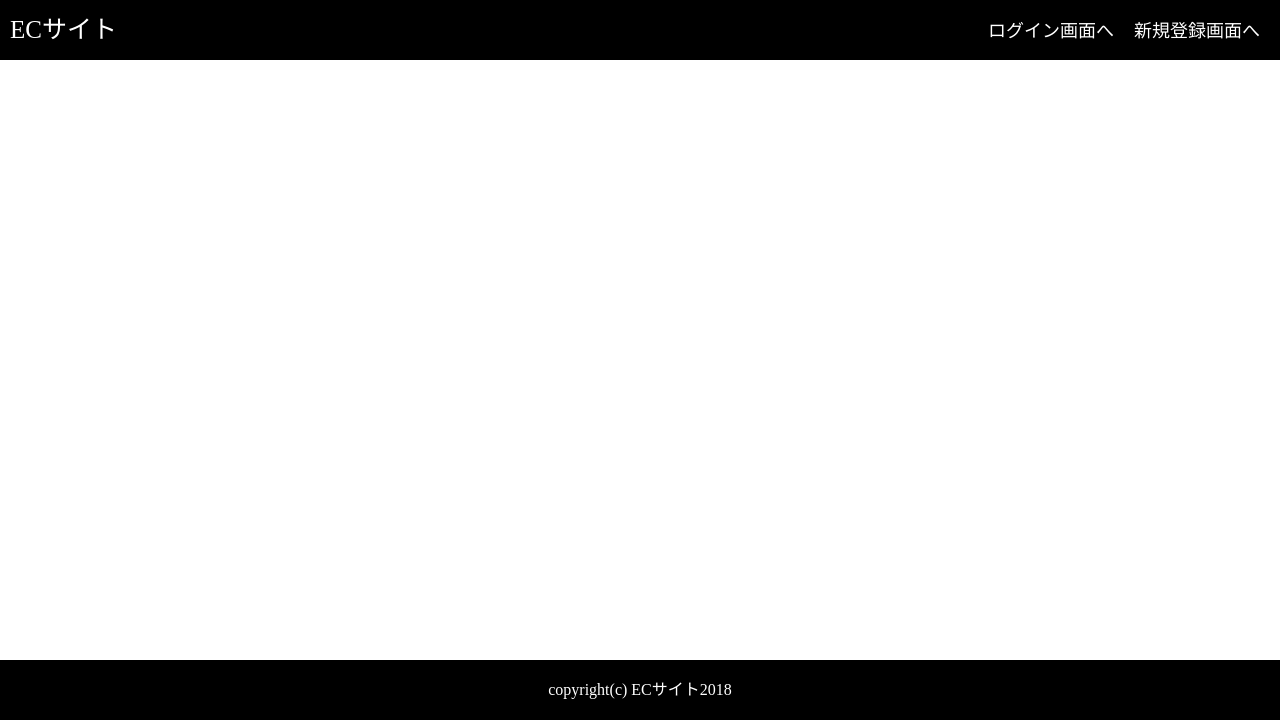
Repository: nyanya02/ECsite
Page: http://localhost/ECsite/GoHomeAction.action
The author's editor kept a copy of each file at every save. The page is drawn from the files as they stood at one save, then again after the next save.
The browser window is 1280 px wide. The pictures show the whole page.
The page is served by Tomcat 9.

Above is the page before, as saved 2018-04-25 16:40:32.

After the next save:
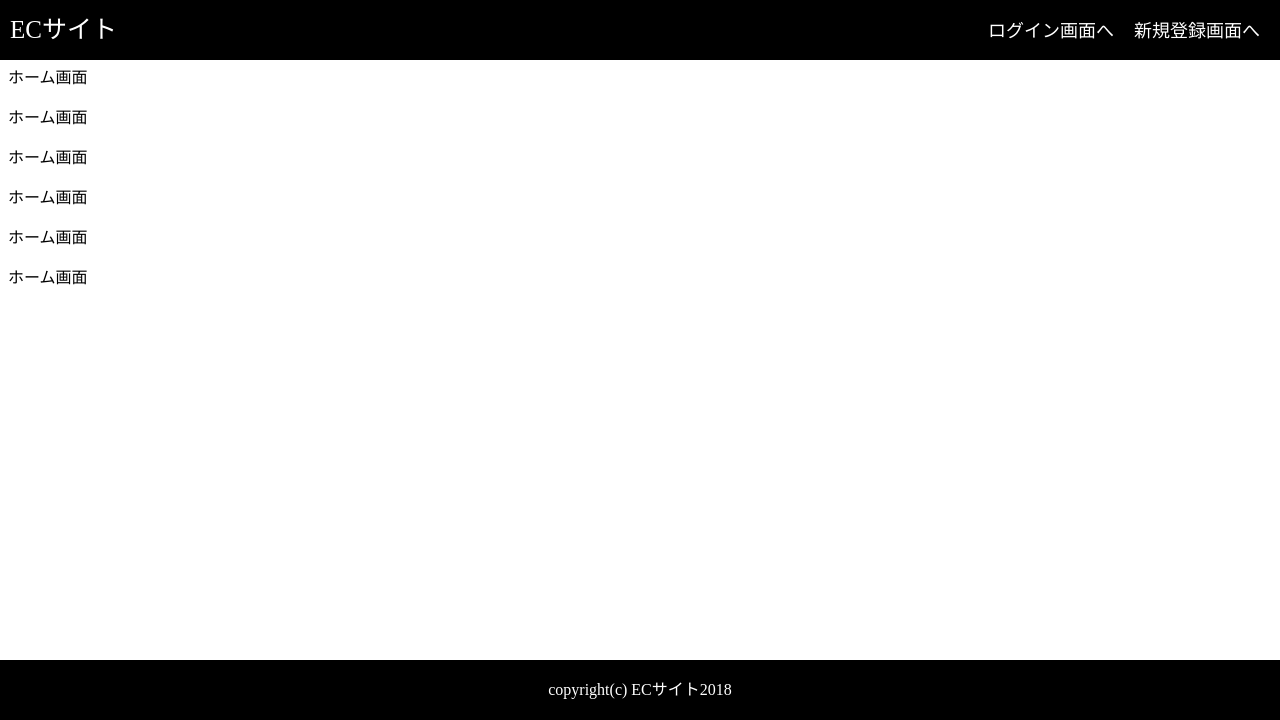
Saved 30 s later.
--- a/ECsite/WebContent/home.jsp
+++ b/ECsite/WebContent/home.jsp
@@ -96,6 +96,12 @@
 
         <div id="main">
         	<p>ホーム画面</p>
+        	<p>ホーム画面</p>
+        	<p>ホーム画面</p>
+        	<p>ホーム画面</p>
+        	<p>ホーム画面</p>
+        	<p>ホーム画面</p>
+        	<p>ホーム画面</p>
         </div>
 
 

After the save that followed:
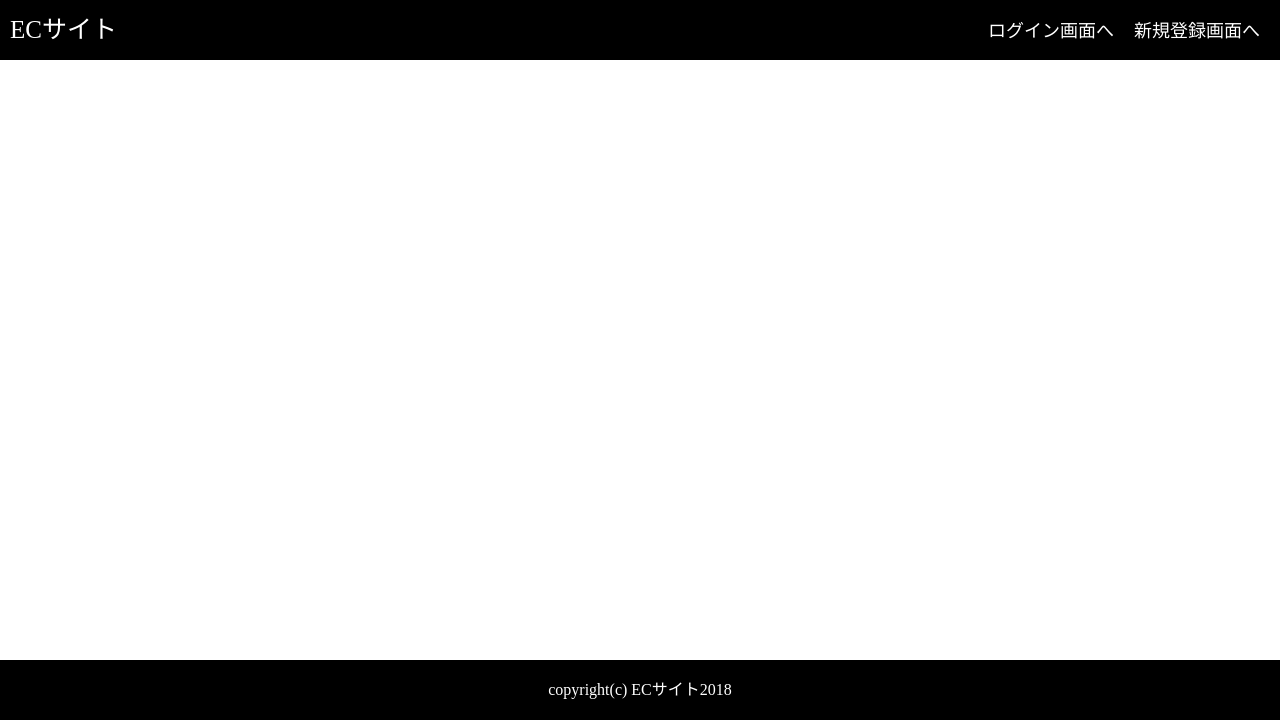
Saved 36 s later.
--- a/ECsite/WebContent/home.jsp
+++ b/ECsite/WebContent/home.jsp
@@ -94,15 +94,9 @@
             </ul>
         </header>
 
-        <div id="main">
+        <main>
         	<p>ホーム画面</p>
-        	<p>ホーム画面</p>
-        	<p>ホーム画面</p>
-        	<p>ホーム画面</p>
-        	<p>ホーム画面</p>
-        	<p>ホーム画面</p>
-        	<p>ホーム画面</p>
-        </div>
+        </main>
 
 
         <footer>
